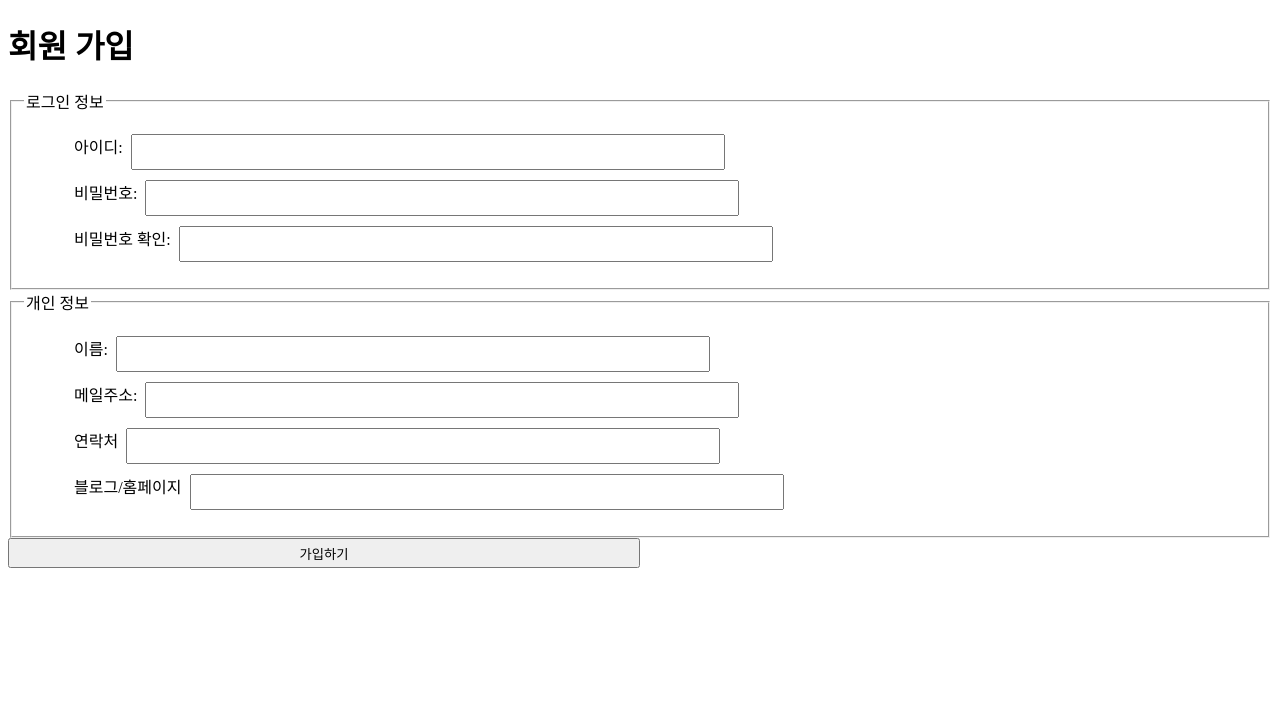
Repository: ygs3004/StudyHTML_CSS
Page: web project 01/src/main/webapp/chapter05/exam05_05_02.html
The author's editor kept a copy of each file at every save. The page is drawn from the files as they stood at one save, then again after the next save.
The browser window is 1280 px wide. The pictures show the whole page.

Above is the page before, as saved 2022-08-05 03:12:05.

### web project 01/src/main/webapp/chapter05/exam05_05_02.html
<!DOCTYPE html>
<html>
<head>
<meta charset="UTF-8">
<title>Insert title here</title>
<style type = "text/css">
	ul{
		list-style:none; /* 리스트 번호매김 사라짐 */
	}

	li{
		margin:10px;  /* 위 아래 좌 우 전부 여백이 적용  */
	}


	li label{
/* 		width:120px;
		text-align:right; */

		float:left;			/* 전체 레이아웃 좌측 설정 */
		padding-right:8px;  /* 오른쪽 여백  */
	}

	input{
		text-align : center;
		width : 50%;
		height : 30px;
		margin-top : /* margin 위치 지정 */
	}
</style>
</head>
<body>
	<h1>회원 가입</h1>
	<form action="">
		<!-- <fieldset style="width:450px"   :  필드셋 크기 조절> -->
		<fieldset>
		<legend>로그인 정보</legend>
			<ul>
			<li><label for="user_id">아이디:</label>
				<input type ="text" id="id">
				</li>
			<li><label for="pwd1">비밀번호:</label>
				 <input type="password" id="pwd1">
				</li>
			<li><label for="pwd2">비밀번호 확인:</label>
			<input type="password" id="pwd2">
				</li>
			</ul>
		</fieldset>

		<fieldset>
		<legend>개인 정보</legend>
			<ul>
			<li><label for="user_name">이름:</label>
				<input type ="text" name="user_name">
				</li>
			<li><label for="mail">메일주소:</label>
				<input type="text" id="mail">
				</li>
			<li><label for="phone">연락처</label>
				<input type="tel" id="phone">
				</li>
			<li><label for="homeP">블로그/홈페이지</label>
				<input type="urL" id="homeP">
				</li>
		</ul>
		</fieldset>
		<input type="submit" value="가입하기">
	</form>
</body>
</html>

After the next save:
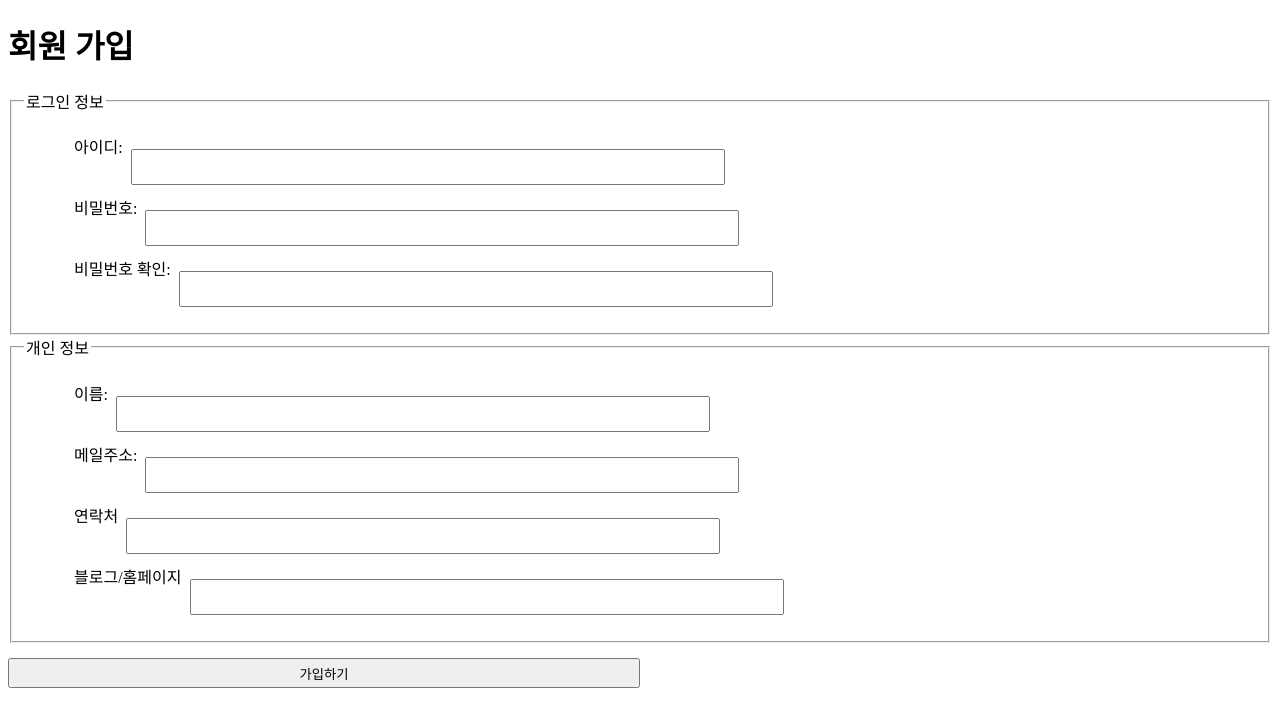
Saved 7 s later.
--- a/web project 01/src/main/webapp/chapter05/exam05_05_02.html
+++ b/web project 01/src/main/webapp/chapter05/exam05_05_02.html
@@ -25,7 +25,7 @@
 		text-align : center;
 		width : 50%;
 		height : 30px;
-		margin-top : /* margin 위치 지정 */
+		margin-top : 15px; /* margin 위치 지정 */
 	}
 </style>
 </head>
